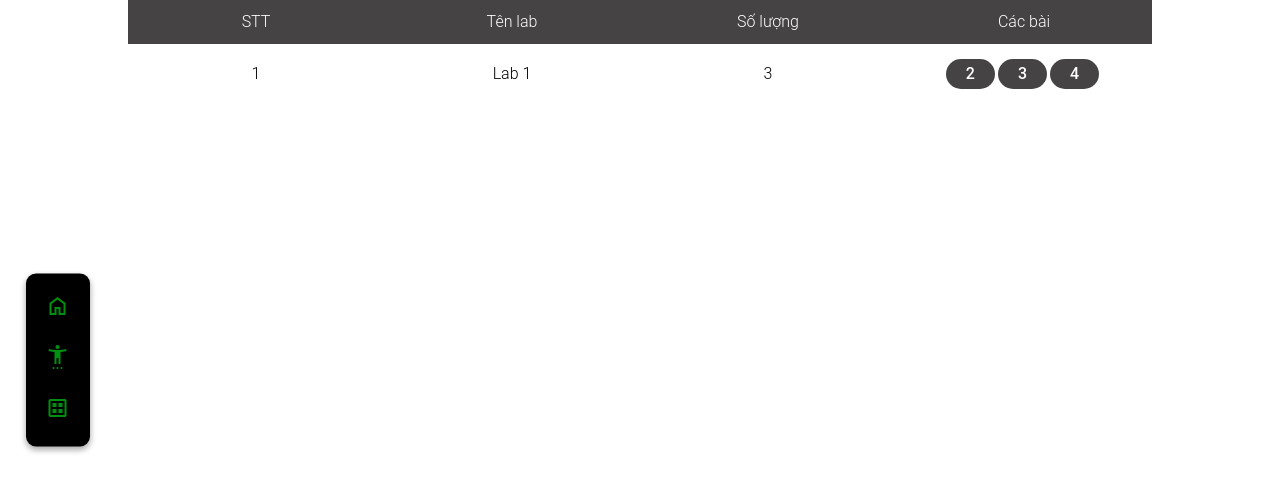
Repository: tuankiet10920/homeworkFEF
Page: /labs
An editor plug-in stored every save of this project. The page is shown before and after the next save, followed by the edit.
The browser window is 1280 px wide. The pictures show the whole page.
The project was rebuilt for these pictures with package versions that can differ from the ones it lists, and the page was loaded fresh each time. Also part of the build but not shown: vite.config.js, src/components/HelloWorld.vue, src/Labs/Lab1/Bai2.vue, src/views/HomeView.vue.

Above is the page before, as saved 2024-10-22 18:31:39.

### index.html
<!doctype html>
<html lang="en">
  <head>
    <meta charset="UTF-8" />
    <link rel="icon" href="/favicon.ico" />
    <meta name="viewport" content="width=device-width, initial-scale=1.0" />
    <link
      href="https://cdn.jsdelivr.net/npm/bootstrap@5.3.3/dist/css/bootstrap.min.css"
      rel="stylesheet"
      integrity="sha384-QWTKZyjpPEjISv5WaRU9OFeRpok6YctnYmDr5pNlyT2bRjXh0JMhjY6hW+ALEwIH"
      crossorigin="anonymous"
    />
    <link
      rel="stylesheet"
      href="https://fonts.googleapis.com/css2?family=Material+Symbols+Outlined:opsz,wght,FILL,GRAD@20..48,100..700,0..1,-50..200"
    />
    <title>Vite App</title>
    <link rel="stylesheet" href="./src/assets/css/main.css" />
  </head>
  <body>
    <div id="app"></div>
    <script
      src="https://cdn.jsdelivr.net/npm/bootstrap@5.3.3/dist/js/bootstrap.bundle.min.js"
      integrity="sha384-YvpcrYf0tY3lHB60NNkmXc5s9fDVZLESaAA55NDzOxhy9GkcIdslK1eN7N6jIeHz"
      crossorigin="anonymous"
    ></script>
    <script type="module" src="/src/main.js"></script>
  </body>
</html>

### src/assets/css/main.css
* {
  margin: 0;
  padding: 0;
  box-sizing: border-box;
  text-decoration: none;
  color: #000;
  font-size: 16px;
  font-family: 'Roboto', sans-serif;
  font-weight: 300;
  font-style: normal;
}

### src/App.vue
<script setup>
import { RouterLink, RouterView } from 'vue-router'
import HelloWorld from './components/HelloWorld.vue'
import Icon from './components/Icon.vue'
</script>

<template>
  <header>
    <div class="wrapper">
      <nav>
        <RouterLink to="/">
          <Icon iconName="home" />
        </RouterLink>

        <RouterLink to="/about">
          <Icon iconName="settings_accessibility" />
        </RouterLink>

        <RouterLink to="/labs">
          <Icon iconName="dataset" />
        </RouterLink>
      </nav>
    </div>
  </header>
  <RouterView />
</template>

<style scoped>
.wrapper nav a {
  margin-bottom: 20px;
  width: fit-content;
  text-decoration: none;
}
.wrapper nav a span {
  color: #009011;
}
.wrapper nav a:last-child {
  margin-bottom: 0;
}
nav {
  display: flex;
  flex-direction: column;
  justify-content: center;
  position: absolute;
  top: 50%;
  left: 2%;
  transform: translateY(-50%);
  padding: 20px;
  border-radius: 10px;
  background: #000;
  box-shadow:
    rgba(0, 0, 0, 0.16) 0px 3px 6px,
    rgba(0, 0, 0, 0.23) 0px 3px 6px;
}
</style>

### src/router/index.js
import { createRouter, createWebHistory } from 'vue-router'
import HomeView from '../views/HomeView.vue'

const router = createRouter({
  history: createWebHistory(import.meta.env.BASE_URL),
  routes: [
    {
      path: '/',
      name: 'home',
      component: HomeView,
    },
    {
      path: '/about',
      name: 'about',
      // route level code-splitting
      // this generates a separate chunk (About.[hash].js) for this route
      // which is lazy-loaded when the route is visited.
      component: () => import('../views/AboutView.vue'),
    },
    {
      path: '/labs',
      name: 'labs',
      component: () => import('../views/LabView.vue'),
    },
    // cac bai labs

    // Lab 1
    {
      path: '/bai2lab1',
      name: 'bai2lab1',
      component: () => import('../Labs/Lab1/Bai2.vue'),
    },
    {
      path: '/bai3lab1',
      name: 'bai3lab1',
      component: () => import('../Labs/Lab1/Bai3.vue'),
    },
    {
      path: '/bai4lab1',
      name: 'bai4lab1',
      component: () => import('../Labs/Lab1/Bai4.vue'),
    },
  ],
})

export default router

### src/components/Icon.vue
<script setup>
const props = defineProps(['iconName'])
</script>
<template>
  <span class="material-symbols-outlined"> {{ props.iconName }} </span>
</template>
<style scoped></style>

### src/views/LabView.vue
<script setup>
import { ref } from 'vue'
const sourceTrs = ref([
  {
    name_lab: 'Lab 1',
    qty: 3,
    exs: [
      {
        name_ex: '2',
        link: '/bai2lab1',
      },
      {
        name_ex: '3',
        link: '/bai3lab1',
      },
      {
        name_ex: '4',
        link: '/bai4lab1',
      },
    ],
  },
])
</script>
<template>
  <div class="labs">
    <table>
      <thead>
        <tr>
          <th>STT</th>
          <th>Tên lab</th>
          <th>Số lượng</th>
          <th>Các bài</th>
        </tr>
      </thead>
      <tbody>
        <tr v-for="(item, index) in sourceTrs">
          <td>{{ index + 1 }}</td>
          <td>{{ item.name_lab }}</td>
          <td>{{ item.qty }}</td>
          <td>
            <RouterLink v-for="route in item.exs" :to="route.link">
              <button type="button">{{ route.name_ex }}</button>
            </RouterLink>
          </td>
        </tr>
      </tbody>
    </table>
  </div>
</template>
<style scoped>
.labs {
  width: 100%;
  display: flex;
  justify-content: center;
}
table {
  border-collapse: collapse;
  width: 80%;
}
th {
  width: calc(100% / 4);
  padding: 10px 0px;
  background: #454343;
  color: #fff;
  text-align: center;
}
td {
  padding: 15px 0px;
  text-align: center;
}
button {
  padding: 3px 20px;
  border-radius: 20px;
  border: none;
  background: #454343;
  color: #fff;
  margin-right: 3px;
  font-weight: 500;
  transition: all 0.3s ease-in-out;
}
button:hover {
  color: #009011;
  box-shadow:
    rgba(60, 64, 67, 0.3) 0px 1px 2px 0px,
    rgba(60, 64, 67, 0.15) 0px 1px 3px 1px;
}
</style>

Loaded but not shown: src/main.js (common file)

After the next save:
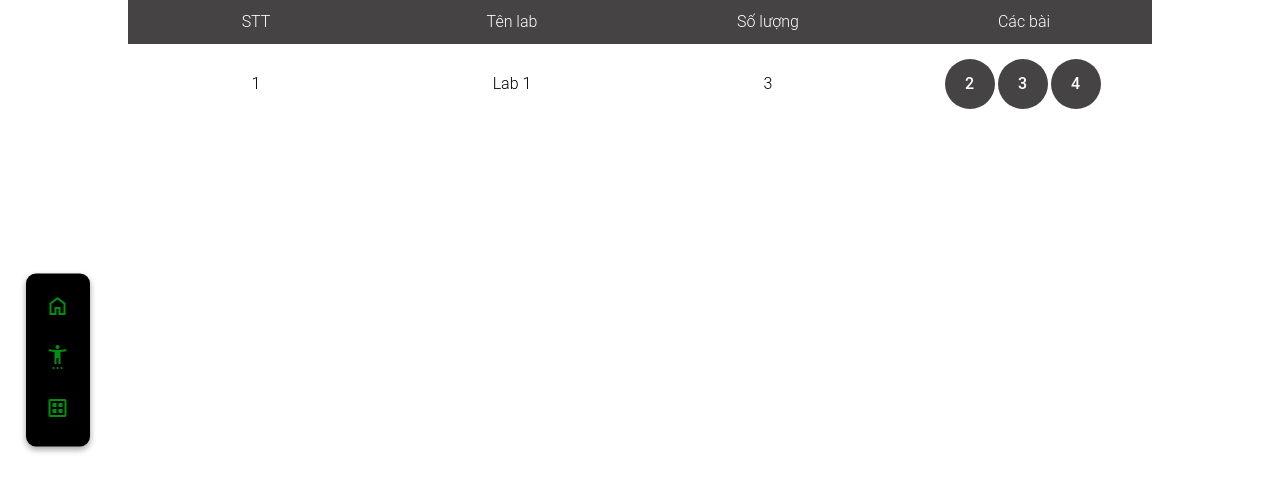
Saved 33 s later.
--- a/src/views/LabView.vue
+++ b/src/views/LabView.vue
@@ -69,8 +69,9 @@ td {
   text-align: center;
 }
 button {
-  padding: 3px 20px;
-  border-radius: 20px;
+  width: 50px;
+  height: 50px;
+  border-radius: 50%;
   border: none;
   background: #454343;
   color: #fff;
